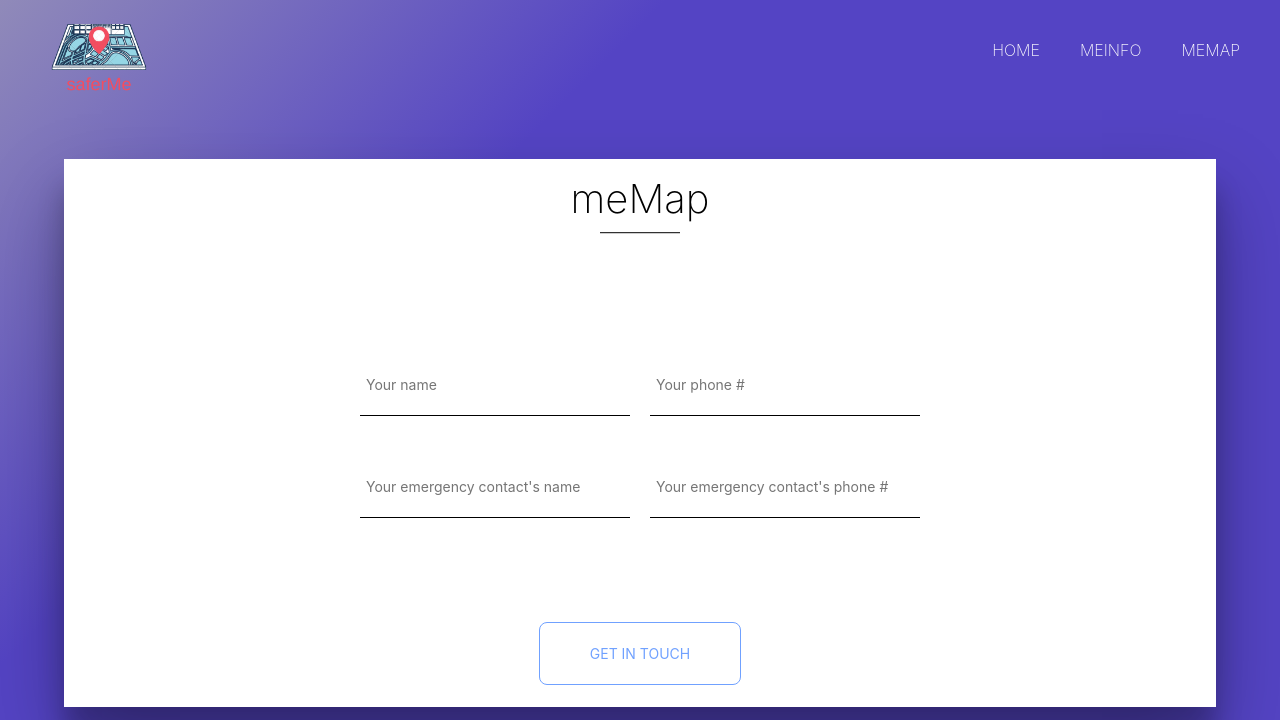
Repository: aasirvalji/saferMe
Page: /alt
An editor plug-in stored every save of this project. The page is shown before and after the next save, followed by the edit.
The browser window is 1280 px wide. The pictures show the whole page.
An inner scrolling area shows only its first screen. The project was rebuilt for these pictures with package versions that can differ from the ones it lists, and the page was loaded fresh each time. Also part of the build but not shown: src/components/Landing.js, src/styles/Services.css, src/components/Services.js, src/mapStyles.js, src/components/MapDisplay.js, src/styles/AboutDisplay.css, src/components/AboutDisplay.js, src/components/SampleDisplay.js.

Above is the page before, as saved 2020-02-16 10:36:07.

### public/index.html
<!DOCTYPE html>
<html lang="en">
  <head>
    <meta charset="utf-8" />
    <link rel="icon" href="%PUBLIC_URL%/favicon.ico" />
    <meta name="viewport" content="width=device-width, initial-scale=1" />
    <meta name="theme-color" content="#000000" />
    <meta
      name="description"
      content="Web site created using create-react-app"
    />
    <link rel="apple-touch-icon" href="%PUBLIC_URL%/logo192.png" />
    <!--
      manifest.json provides metadata used when your web app is installed on a
      user's mobile device or desktop. See https://developers.google.com/web/fundamentals/web-app-manifest/
    -->
    <link rel="manifest" href="%PUBLIC_URL%/manifest.json" />
    <!--
      Notice the use of %PUBLIC_URL% in the tags above.
      It will be replaced with the URL of the `public` folder during the build.
      Only files inside the `public` folder can be referenced from the HTML.

      Unlike "/favicon.ico" or "favicon.ico", "%PUBLIC_URL%/favicon.ico" will
      work correctly both with client-side routing and a non-root public URL.
      Learn how to configure a non-root public URL by running `npm run build`.
    -->

    <link
    rel="stylesheet"
    href="https://maxcdn.bootstrapcdn.com/bootstrap/4.3.1/css/bootstrap.min.css"
    integrity="sha384-ggOyR0iXCbMQv3Xipma34MD+dH/1fQ784/j6cY/iJTQUOhcWr7x9JvoRxT2MZw1T"
    crossorigin="anonymous"
  />

  <link rel="stylesheet" href="https://use.fontawesome.com/releases/v5.7.2/css/all.css" integrity="sha384-fnmOCqbTlWIlj8LyTjo7mOUStjsKC4pOpQbqyi7RrhN7udi9RwhKkMHpvLbHG9Sr" crossorigin="anonymous">

    <title>Aurorah</title>
  </head>
  <body>
    <noscript>You need to enable JavaScript to run this app.</noscript>
    <div id="root"></div>
    <!--
      This HTML file is a template.
      If you open it directly in the browser, you will see an empty page.

      You can add webfonts, meta tags, or analytics to this file.
      The build step will place the bundled scripts into the <body> tag.

      To begin the development, run `npm start` or `yarn start`.
      To create a production bundle, use `npm run build` or `yarn build`.
    -->
  </body>
</html>

### src/App.js
import React from 'react';
import './App.css';
import Navigate from './components/Navigate'
import Landing from './components/Landing'
import Services from './components/Services'
import MapDisplay from './components/MapDisplay'
import AltDisplay from './components/AltDisplay'
import AboutDisplay from './components/AboutDisplay'

import SampleDisplay from './components/SampleDisplay';


import {
  BrowserRouter as Router,
  Switch,
  Route,
} from "react-router-dom";

class App extends React.Component { //when working with any type of data, call it in App then pass to comp on interest

  constructor(props) {
    super(props);

  }

/* start api sample */
/*
  componentDidMount() {
    fetch("https://api.example.com/items")
      .then(res => res.json())
      .then(
        (result) => {
          this.setState({
            isLoaded: true,
            items: result.items
          });
        },
        // Note: it's important to handle errors here
        // instead of a catch() block so that we don't swallow
        // exceptions from actual bugs in components.
        (error) => {
          this.setState({
            isLoaded: true,
            error
          });
        }
      )
  }
  */
/* end api sample */
  render(){


  return (
    <Router>
    <div className="App">

    <Switch>

    <Route exact path="/">
    <div className='landing-div'>
    <Navigate></Navigate>
    <Landing></Landing>
    <img className='wave' src='https://www.ochrehealth.com.au/wp-content/uploads/2018/10/slider-wave.png' alt=''></img>  {/* wave pattern*/}
    </div>
    {/* services placement*/}
    {/* maps placement*/}
    </Route>

    <Route path="/about">
    <div className='about-background'>
    <Navigate></Navigate>

    <AboutDisplay></AboutDisplay>
    </div>
    </Route>

    <Route path="/map">
    <div className='map-background'>
    <Navigate></Navigate>

  <MapDisplay></MapDisplay>
    </div>
    </Route>

    <Route path="/graph">
    <div className='graph-background'>
    <Navigate></Navigate>


    </div>
    </Route>

    <Route path="/alt">
    <div className='alt-background'>
    <Navigate></Navigate>

    <AltDisplay></AltDisplay>
    </div>
    </Route>

    </Switch>

    </div>
    </Router>

  );
  }
}

export default App;

### src/App.css
.landing-div {
    height: 100vh;
	background: linear-gradient(-45deg, #ee7752, #e73c7e,#FF4136, #85144b);
	background-size: 400% 400%;
    animation: gradient 10s ease infinite;

}


@keyframes gradient {
	0% {
		background-position: 0% 50%;
	}
	50% {
		background-position: 100% 50%;
	}
	100% {
		background-position: 0% 50%;
	}
}

.landing-div .wave{
    margin-right: 20vh;
    height: 15vh;
    width: 100%;
    position: absolute;
    bottom: 0;
}

@media screen and (max-width:700px) {

    .landing-div {
        height: 110vh;
    }

    .landing-div .wave{
    display: none;
    }

}

.about-background{
    background: linear-gradient(-45deg, #23a6d5, #23a6d5,#23a6d5, #acceda);
    height: 100vh;
}

.map-background{
    background: linear-gradient(-45deg, #FF4136, #FF4136,#FF4136, #e7ab98);
    height: 100vh;
}

.graph-background{
    background: linear-gradient(-45deg, #e73c7e, #e73c7e,#e73c7e, #e0a0b9);
    height: 100vh;
}

.alt-background{
    background: linear-gradient(-45deg, #5444c4, #5444c4,#5444c4, #908ab9);
    height: 100vh;
}

### src/components/Navigate.js
import React from 'react';
import '../styles/Navigate.css';
import {}
from 'react-bootstrap';
import img from '../assets/86665821_178198983462585_1128028565648965632_n.png'

import { Link } from "react-router-dom";


function Navigate() {
    return (
    <>
  <div class="header">
    <h2 class="logo"><img src={img}></img></h2>
    <input type="checkbox" id="chk"></input>
    <label for="chk" class="show-menu-btn">
      <i class="fas fa-ellipsis-h"></i>
    </label>

    <ul class="menu">
      <Link to="/"><a>Home</a></Link>
      {/*<Link to="/about"><a>About</a></Link>*/}
      <Link to="/alt"><a>meInfo</a></Link>
      <Link to="/map"><a>meMap</a></Link>
      {/*<Link to="/graph"><a>eGraph</a></Link>*/}

      <label for="chk" class="hide-menu-btn">
        <i class="fas fa-times"></i>
      </label>
    </ul>
  </div>
</>
);
}


export default Navigate;

### src/components/AltDisplay.js
import React from 'react';
import '../styles/AltDisplay.css'




class AltDisplay extends React.Component{

  constructor(props){
    super(props);

    this.state = {username: "",
    userNumber: "",
    emergencyName: "",
    emergencyNumber: "",
  };

    this.handleChange = this.handleChange.bind(this);
    this.handleSubmit = this.handleSubmit.bind(this);
}



handleChange = (event) => {
  this.setState({
  [event.target.name] : event.target.value
})
}

handleSubmit(event) {
  this.sendData();
  console.log ('done')
  event.preventDefault();
  alert("Thank you for your submission, your data has been recorded")

  {/*} restore state post submission
  this.setState({
    username : '',

  }) */}

}

sendData(){

  // create a new XMLHttpRequest
  var xhr = new XMLHttpRequest()

  // get a callback when the server responds
  xhr.addEventListener('load', () => {
    // update the state of the component with the result here
    console.log(xhr.responseText)
  })
  // open the request with the verb and the url
  xhr.open('POST', 'https://valley.alishanpiyarali.repl.co/form')
  // send the request
  xhr.send(this.state.username + "," + this.state.userNumber.toString() + ","  + this.state.emergencyName + "," +this.state.emergencyNumber.toString())

  console.log('success')
}



render(){
    return(
        <>

<div className='alt-con'>

<div className='alt-header'>
<h1>meMap</h1>
</div>

<form class="contact-section" onSubmit={this.handleSubmit}>
      <div class="inner-width">

        <input type="text" class="name" placeholder="Your name" name = 'username'
        value={this.state.value} onChange={this.handleChange} ></input>

       <input type="number" class="email" placeholder="Your phone #" name ="userNumber"
       username={this.state.username} onChange={this.handleChange} ></input>

      <input type="text" class="name" placeholder="Your emergency contact's name" name = 'emergencyName'
        value={this.state.value} onChange={this.handleChange} ></input>

       <input type="number" class="email" placeholder="Your emergency contact's phone #" name ="emergencyNumber"
       username={this.state.username} onChange={this.handleChange} ></input>

        <button type='submit' value="Submit">Get in touch</button>
      </div>
    </form>

</div>

        </>
    )
}
}


export default AltDisplay;

### src/styles/Navigate.css
/* Start Navbar */

.header{
    height: 100px;
    background: transparent;
    padding: 0 20px;
    color: white;
    font-weight: 200;
  }
  .logo{
    line-height: 100px;
    float: left;
  }

  .header h2{
    font-weight: 200;
  }

  .header img{
    width: 20vh;
    height: 20vh;
    margin-left: 1vh;
    transform: translateY(1.5rem);
  }

  .menu{
    float: right;
    line-height: 100px;
  }
  .menu a{
    color: white;
    text-transform: uppercase;
    text-decoration: none;
    padding: 0 10px;
    transition: 0.4s;
  }
  .show-menu-btn,.hide-menu-btn{
    transition: 0.4s;
    font-size: 30px;
    cursor: pointer;
    display: none;
  }
  .show-menu-btn{
    float: right;
  }
  .show-menu-btn i{
    line-height: 100px;
  }
  .menu a:hover,
  .show-menu-btn:hover,
  .hide-menu-btn:hover{
    transition: .5s;
    color: black;
  }

  #chk{
    position: absolute;
    visibility: hidden;
    z-index: -1111;
  }

  .content{
    padding: 0 20px;
  }
  .content img{
    width: 100%;
    max-width: 700px;
    margin: 20px 0;
  }
  .content p{
    text-align: justify;
  }

  @media screen and (max-width:800px) {
    .show-menu-btn,.hide-menu-btn{
      display: block;
    }
    .menu{
      position: fixed;
      width: 100%;
      height: 100vh;
      background: linear-gradient(-45deg, #ee7752, #e73c7e,#5444c4, #23a6d5);
      right: -100%;
      top: 0;
      text-align: center;
      padding: 80px 0;
      line-height: normal;
      transition: 0.7s;
      z-index: 1000;
    }
    .menu a{
      display: block;
      padding: 20px;
    }

    .menu a:hover{
      cursor: pointer;
    }

    .hide-menu-btn{
      position: absolute;
      top: 40px;
      right: 40px;
    }
    #chk:checked ~ .menu{
      right: 0;
    }
  }

  /* End Navbar */

### src/styles/Landing.css


  * {
    box-sizing: border-box;
    margin: 0;
    padding: 0;
  }


  h1 {
    line-height: 1.3;

  }

  img {
    width: 90%;
  }

  .container {
    max-width: 1200px;
    margin: auto;
    padding: 0 2rem;
    margin-top: 13vh;
  }

  .container h1, p{
    margin-top: 10vh;
    color: white;
  }

  .main-header{
    -webkit-animation: fadein 4s; /* Safari, Chrome and Opera > 12.1 */
    -moz-animation: fadein 4s; /* Firefox < 16 */
     -ms-animation: fadein 4s; /* Internet Explorer */
      -o-animation: fadein 4s; /* Opera < 12.1 */
         animation: fadein 4s;
  }

  .main-subheader{
    -webkit-animation: fadein 4s; /* Safari, Chrome and Opera > 12.1 */
    -moz-animation: fadein 4s; /* Firefox < 16 */
     -ms-animation: fadein 4s; /* Internet Explorer */
      -o-animation: fadein 4s; /* Opera < 12.1 */
         animation: fadein 4s;
  }

  .section-a {
    margin: 2rem 0;
  }

  .section-a .container {
    display: grid;
    grid-template-columns: 1fr 1fr;
    grid-gap: 3rem;
    align-items: center;
    justify-content: center;
  }

  .section-a h1 {
    font-size: 4rem;
    font-weight: 200;
  }

  .section-a p {
    font-size: 1.1rem;
    margin: 1rem 0 0 .775vh;
    font-weight: 200;
  }

  .floating{
    animation-name: floating;
    animation-duration: 3s;
    animation-iteration-count: infinite;
    animation-timing-function: ease-in-out;
    z-index: 100;
  }


  @keyframes floating {
    from { transform: translate(0,  0px); }
    50%  { transform: translate(0, 20px); }
    to   { transform: translate(0, -0px); }
}

  @media (max-width: 700px) {
    .section-a .container {
      grid-template-columns: 1fr;
      text-align: center;
    }

    .section-a .container div:first-child {
      order: 2;
    }

    .section-a .container div:nth-child(2) {
      order: -1;
    }

    .section-a img {
      width: 80%;
      margin: auto;
    }
  }

/* fade in animation*/

@keyframes fadein {
  from { opacity: 0; }
  to   { opacity: 1; }
}

/* Firefox < 16 */
@-moz-keyframes fadein {
  from { opacity: 0; }
  to   { opacity: 1; }
}

/* Safari, Chrome and Opera > 12.1 */
@-webkit-keyframes fadein {
  from { opacity: 0; }
  to   { opacity: 1; }
}

/* Internet Explorer */
@-ms-keyframes fadein {
  from { opacity: 0; }
  to   { opacity: 1; }
}

/* Opera < 12.1 */
@-o-keyframes fadein {
  from { opacity: 0; }
  to   { opacity: 1; }
}

### src/styles/MapDisplay.css
/* Try adding wave to Navbar */

.map-con{
    transform: translateY(1vh);
    color: black;
    width: 90%;
    height: 76vh;
    margin: 15px auto;
    background: white;
    overflow: hidden;
    position: relative;
    top: 0;
    -webkit-box-shadow: 0 38px 76px rgba(0, 0, 0, 0.3), 0 30px 24px rgba(0, 0, 0, 0.22);
            box-shadow: 0 38px 76px rgba(0, 0, 0, 0.3), 0 30px 24px rgba(0, 0, 0, 0.22);
            overflow-y: auto;
}

.map-con p{
    color: white;
}

.map-header h1{
    color: black;
    text-align: center;
    font-weight: 200;
    margin-top: 2vh;
    margin-bottom: 8vh;
}

.map-header h1:after {

    content: '';
    transform: translateY(1vh);
    margin: auto;
    border-bottom: .1vh solid black;
    width: 11vh;
    display: block;

}

.map-details{
    display: flex;
    flex-direction: column;
    justify-content: center;
    align-items: center;
}

.map-details p{
    font-weight: 300;
    margin: auto;
    color: black;
    text-align: center;
    width: 50%;
    margin-bottom: 3vh;
}

.marker-div{
    display: flex;
    flex-direction: column;
    justify-content: center;
    align-items: center;
}

.marker-div h2{
font-size: 1rem;
text-align: center;
margin-bottom: 1rem;
}

.marker-div {
    font-size: 1rem;
    text-align: center;
    margin-bottom: 1rem;
    }

.marker-div img{
    margin: auto;
    width: 18rem;
    height: 15rem;
    }

button{
background: none;
color: #fc0000;
border: 1px solid #fc0000;
padding: 20px 50px;
border-radius: 8px;
text-transform: uppercase;
font-size: 14px;
transition: 0.4s linear;
cursor: pointer;
}

button:hover{
    background: #fc0000;
    color: #fff;
  }

.emergencyButton{
    transform: translateY(-2.5rem);
}

/*end button*/

/* start responsive map */

/*
@media only screen and (max-width: 900px){
.map-div {
    width: 800vh;
}

}
*/

/* end responsive map */

### src/styles/AltDisplay.css
/* Try adding wave to Navbar */

.alt-con{
    transform: translateY(1vh);
    color: black;
    width: 90%;
    height: 76vh;
    margin: 15px auto;
    background: white;
    overflow: hidden;
    position: relative;
    top: 0;
    -webkit-box-shadow: 0 38px 76px rgba(0, 0, 0, 0.3), 0 30px 24px rgba(0, 0, 0, 0.22);
            box-shadow: 0 38px 76px rgba(0, 0, 0, 0.3), 0 30px 24px rgba(0, 0, 0, 0.22);
            overflow-y: auto;
}

.alt-con p{
    color: white;
}

.alt-header h1{
    color: black;
    text-align: center;
    font-weight: 200;
    margin-top: 2vh;
    margin-bottom: 8vh;
}

.alt-header h1:after {

    content: '';
    transform: translateY(1vh);
    margin: auto;
    border-bottom: .1vh solid black;
    width: 11vh;
    display: block;

}

.alt-details p{
    font-weight: 300;
    margin: auto;
    color: black;
    text-align: center;
    width: 50%;
    margin-bottom: 3vh;
}

.alt-details img{
    display: block;
    margin: 0 auto;
    height: 40vh;
    width: 50vh;
}

/* sample */

.middle{
    position: relative;
    margin: auto;
  }

  .task-list{
    width: 400px;
    padding: 40px;
    background: linear-gradient(-45deg, #ee7752, #ee7752,#ee7752, #e7ab98);
    background-size: cover;
  }
  .task-list h2{
    color: #fff;
    font-weight: 220;
  }
  .task{
    display: flex;
    padding: 10px 0;
    align-items: center;
    cursor: pointer;
    font-weight: 220;
  }

  .task input{
    position: absolute;
    visibility: hidden;
  }

  /* start remove number wheel on type input */

  input[type=number]::-webkit-inner-spin-button,

input[type=number]::-webkit-outer-spin-button {

  -webkit-appearance: none;
   appearance: none;
   display: none;
   opacity: 0;
  margin: 0;

}

/* end remove number wheel on type input */

  .task i{
    display: inline-block;
    width: 48px;
    height: 48px;
    border-radius: 50%;
    border: 1px solid white;
    text-align: center;
    line-height: 48px;
    font-size: 20px;
    margin-right: 14px;
    color: transparent;
  }

  .text{
    font-size: 18px;
    color: #fff;
  }

  .task input:checked ~ i{
    color: white;
  }

  .task input:checked ~ .text{
    text-decoration: line-through;
    color: white;
  }


  .contact-section{
    background: transparent;
    padding: 70px 0;
    text-align: center;
  }

  .inner-width{
    max-width: 600px;
    margin: auto;
    padding: 0 20px;
  }

  .contact-section h1{
    font-size: 20px;
    color: #000000;
    text-transform: uppercase;
    letter-spacing: 4px;
    font-weight: 400;
  }

  .name,.email{
    background: none;
    border:none;
    outline: none;
    border-bottom: 1px solid;
    color: #000000;
    padding: 20px 6px;
    font-size: 14px;
    margin-bottom: 40px;
  }

  .name{
    float: left;
    width: 270px;
  }

  .email{
    float: right;
    width: 270px;
  }

  .message{
    min-width: 100%;
    max-width: 100%;
  }


  .contact-section button{
    margin-top: 4rem;
    background: none;
    color: #70a1ff;
    border: 1px solid #70a1ff;
    padding: 20px 50px;
    border-radius: 8px;
    text-transform: uppercase;
    font-size: 14px;
    transition: 0.4s linear;
    cursor: pointer;
  }

  .contact-section button:hover{
    background: #70a1ff;
    color: #fff;
  }


  @media screen and (max-width:600px){
    .name,.email{
      width: 100%;
    }
  }

Loaded but not shown: src/index.js (common file); src/index.css (common file); src/serviceWorker.js (common file)

After the next save:
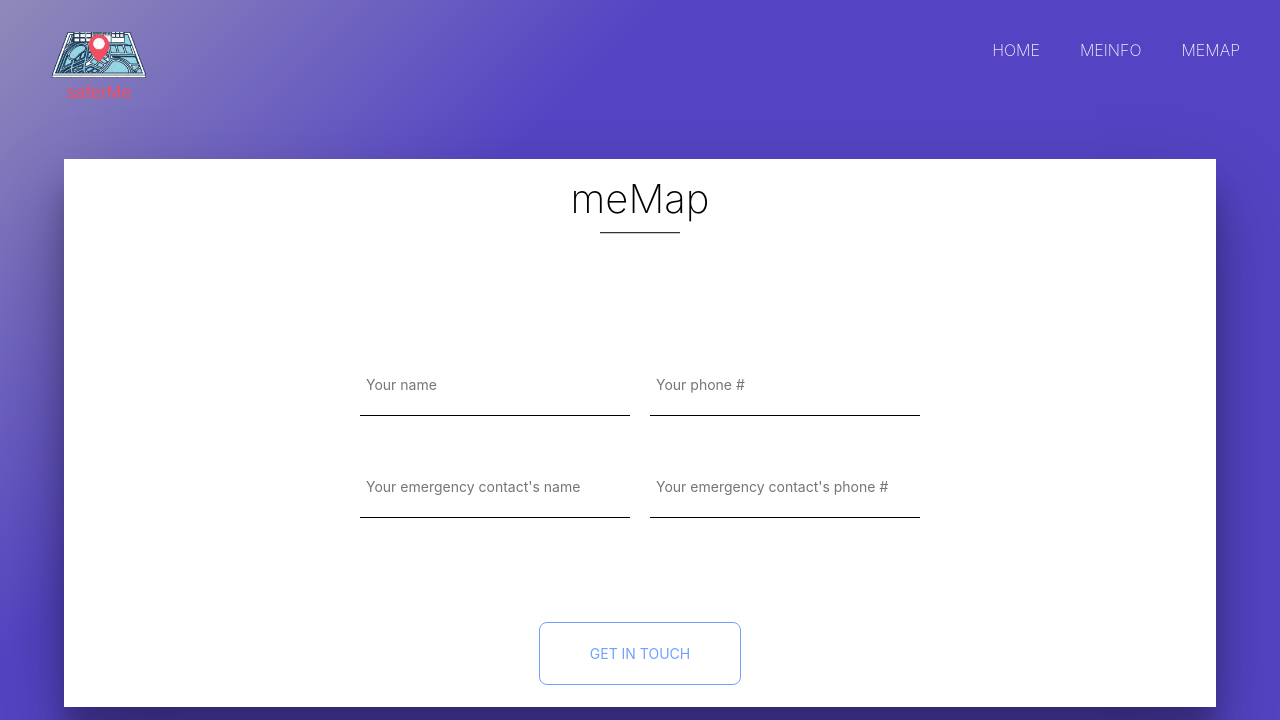
Saved 8 s later.
--- a/src/styles/Navigate.css
+++ b/src/styles/Navigate.css
@@ -20,7 +20,7 @@
     width: 20vh;
     height: 20vh;
     margin-left: 1vh;
-    transform: translateY(1.5rem);
+    transform: translateY(2rem);
   }
 
   .menu{

After the save that followed:
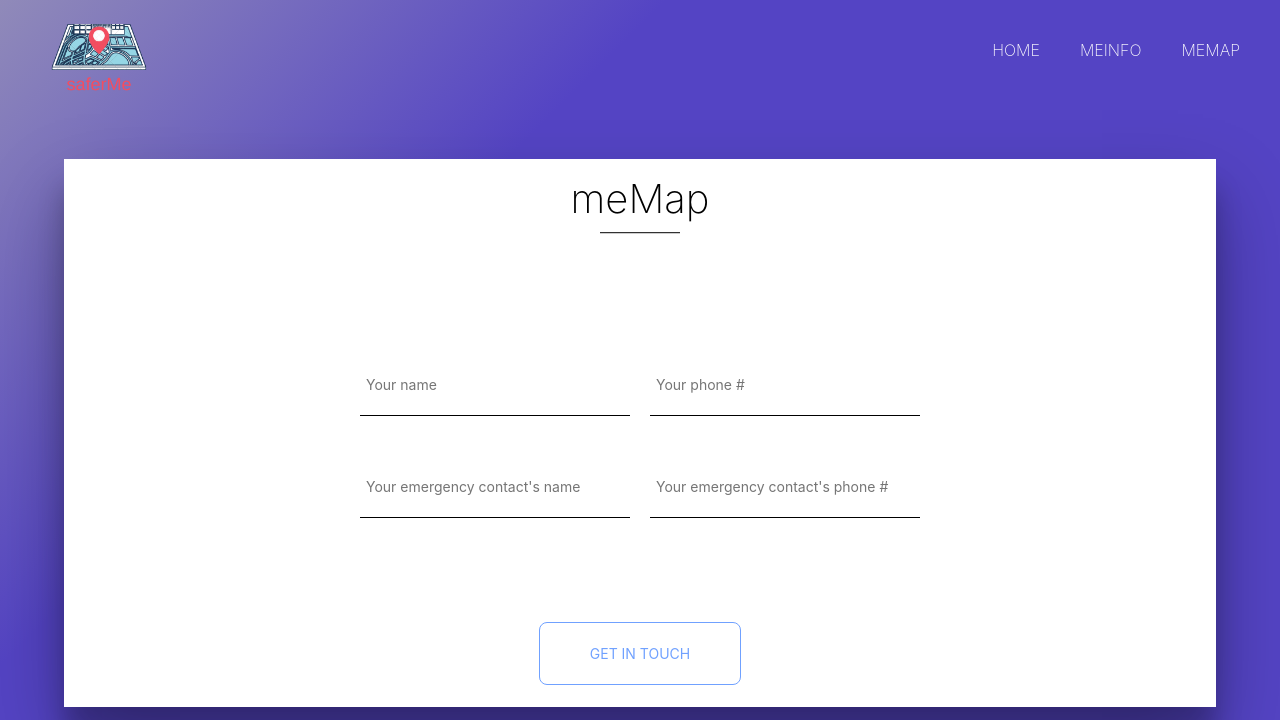
Saved 4 s later.
--- a/src/styles/Navigate.css
+++ b/src/styles/Navigate.css
@@ -20,7 +20,7 @@
     width: 20vh;
     height: 20vh;
     margin-left: 1vh;
-    transform: translateY(2rem);
+    transform: translateY(1.5rem);
   }
 
   .menu{
